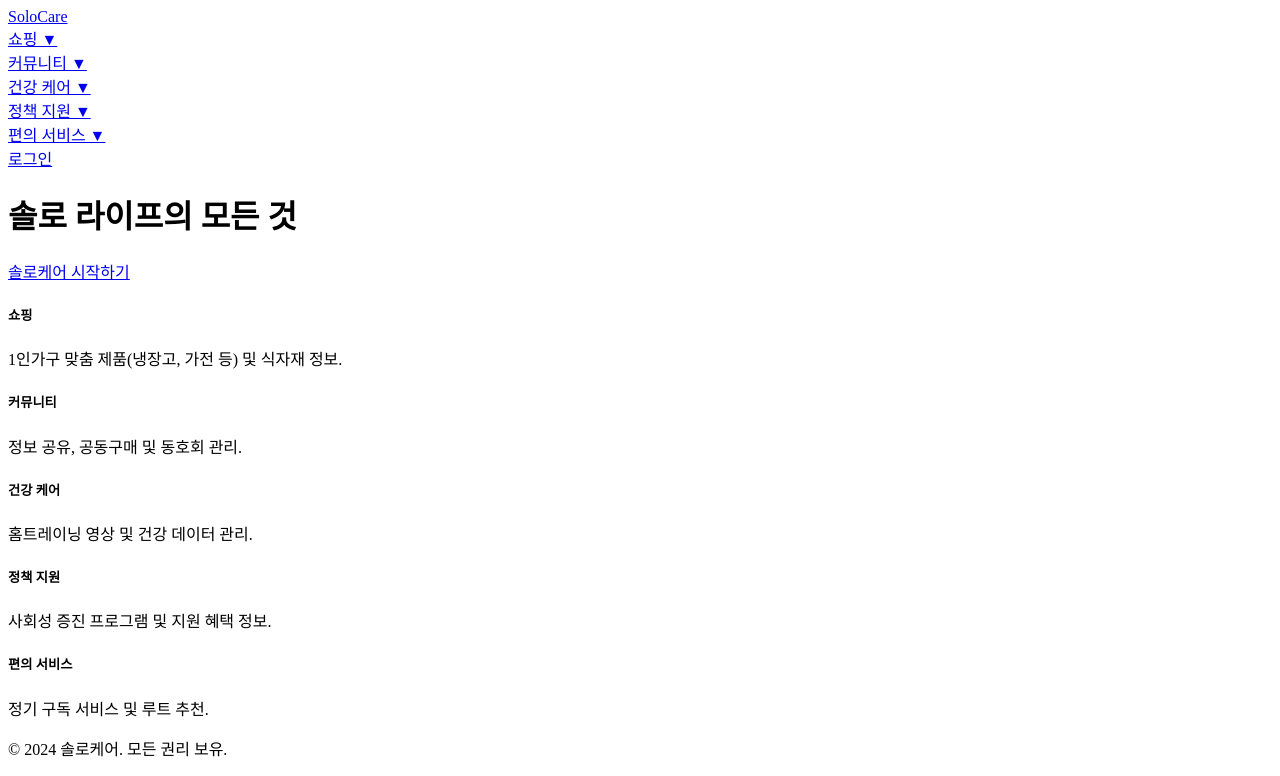
Repository: HB1112/cloud
Page: http://localhost/Solocare/WEB-INF/views/welcome.jsp
The author's editor kept a copy of each file at every save. The page is drawn from the files as they stood at one save, then again after the next save.
The browser window is 1280 px wide. The pictures show the whole page.
The page is served by Tomcat 9. Nobody is signed in. The template is opened directly, without the code that normally fills it, so the values that code supplies are empty.

Above is the page before, as saved 2024-12-10 05:09:43.

After the next save:
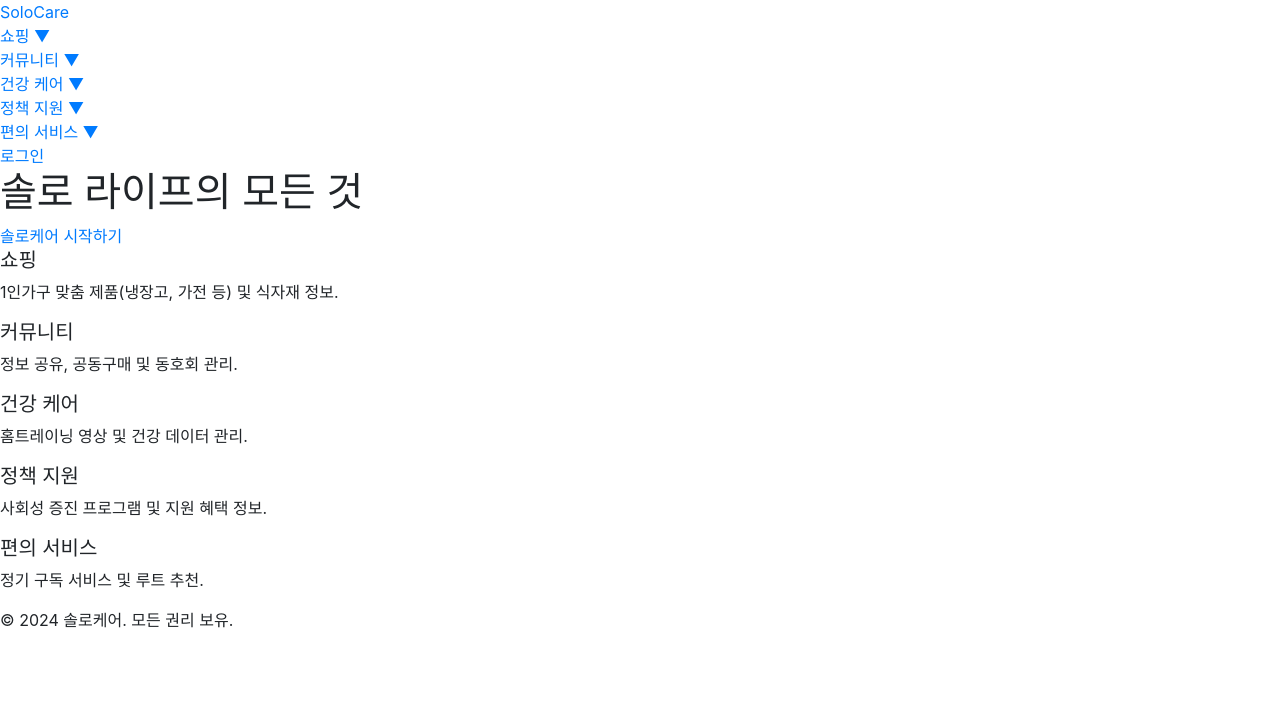
Saved 7 min 13 s later.
--- a/Solocare/src/main/webapp/WEB-INF/views/welcome.jsp
+++ b/Solocare/src/main/webapp/WEB-INF/views/welcome.jsp
@@ -5,6 +5,12 @@
     <meta charset="UTF-8">
     <meta name="viewport" content="width=device-width, initial-scale=1.0">
     <title>솔로케어(SoloCare)</title>
+    <link rel="stylesheet" href="https://maxcdn.bootstrapcdn.com/bootstrap/4.5.2/css/bootstrap.min.css">
+    <link href="https://fonts.googleapis.com/css2?family=Noto+Sans:wght@400;500;700&family=Noto+Serif:wght@400;700&display=swap" rel="stylesheet">
+    <link href="https://cdnjs.cloudflare.com/ajax/libs/font-awesome/5.15.4/css/all.min.css" rel="stylesheet">
+    <script src="https://code.jquery.com/jquery-3.5.1.slim.min.js"></script>
+    <script src="https://cdn.jsdelivr.net/npm/@popperjs/core@2.9.2/dist/umd/popper.min.js"></script>
+    <script src="https://maxcdn.bootstrapcdn.com/bootstrap/4.5.2/js/bootstrap.min.js"></script>
 </head>
 <body>
     <!-- 상단 내비게이션 바 -->
